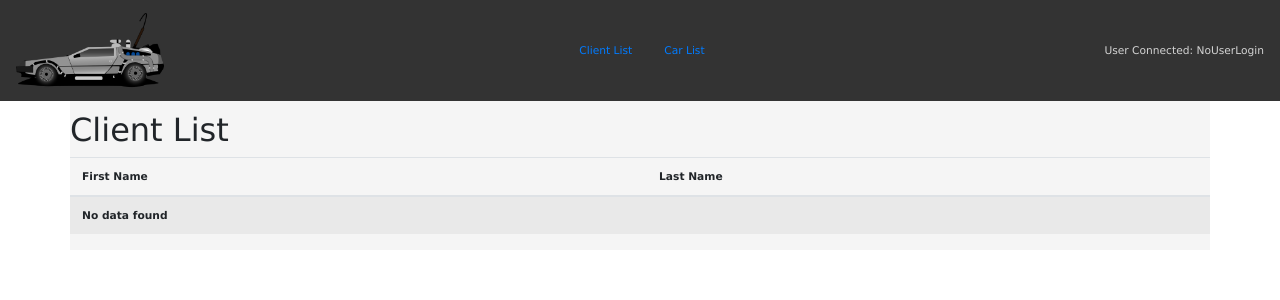
Repository: iamarnaud/tp_java_jee_CarRental
Page: http://localhost/VehicleRental/pages/clients.jsp
The author's editor kept a copy of each file at every save. The page is drawn from the files as they stood at one save, then again after the next save.
The browser window is 1280 px wide. The pictures show the whole page.
The page is served by Tomcat 9. Other server files are loaded and not shown. Queries for data that is not in the repository find no rows.

Above is the page before, as saved 2018-08-28 14:20:58.

### VehicleRental/WebContent/pages/clients.jsp
<%@ page language="java" contentType="text/html; charset=ISO-8859-1"
	pageEncoding="UTF-8"%>

<jsp:useBean id="client" scope="session"
	class="com.campusnumerique.vehiclerental.bean.ClientBean" />
<!DOCTYPE html PUBLIC "-//W3C//DTD HTML 4.01 Transitional//EN" "http://www.w3.org/TR/html4/loose.dtd">
<html>
<head>
	<meta http-equiv="Content-Type" content="text/html; charset=ISO-8859-1">
  	<meta name="viewport" content="width=device-width, initial-scale=1">
	<title>Client List</title>

	<!-- JQuery 3.3.1 -->
	<script src="https://code.jquery.com/jquery-3.3.1.min.js"></script>

	<!-- Bootstrap 4.1.3 -->
	<link rel="stylesheet" href="https://stackpath.bootstrapcdn.com/bootstrap/4.1.3/css/bootstrap.min.css">
	<script src="https://cdnjs.cloudflare.com/ajax/libs/popper.js/1.14.3/umd/popper.min.js"></script>
	<script src="https://stackpath.bootstrapcdn.com/bootstrap/4.1.3/js/bootstrap.min.js"></script>

	<!-- General -->
	<link rel="stylesheet" href="../resources/css/global.css" />
	<script src="../resources/js/client.js"></script>
</head>
<body>
	<nav class="navbar navbar-light " id="header">
	 <a class="navbar-brand" href="#">
		<img  src="../resources/images/delorean.png"/>
	 </a>
	  <ul class="nav nav-pills">
	    <li class="nav-item">
	      <a class="nav-link" href="./clients.jsp">Client List</a>
	    </li>
	    <li class="nav-item">
	      <a class="nav-link" href="./cars.jsp">Car List</a>
	    </li>
	   </ul>
		<ul class="nav navbar-nav navbar-right">
			<li>User Connected: <%= client.getLogin() %></li>
		</ul>
	</nav>
	<div class="container" id="content">
		<div class="row">
			<h2>Client List</h2>
			<table id="userTable" class="table table-striped">
				<thead>
					<tr>
						<th>First Name</th>
						<th>Last Name</th>
					</tr>
				</thead>
				<tbody>

				</tbody>
			</table>
		</div>
	</div>
</body>
</html>

### VehicleRental/src/com/campusnumerique/vehiclerental/bean/ClientBean.java
package com.campusnumerique.vehiclerental.bean;

public class ClientBean {

	private String login;
	private String mail;


	public ClientBean(){
		setLogin("NoUserLogin");
		setMail("");
	}


	public ClientBean(String aLogin, String mail){
		setLogin(aLogin);
		setMail(mail);
	}

	public String getLogin() {
		return login;
	}

	public void setLogin(String login) {
		this.login = login;
	}

	public String getMail() {
		return mail;
	}

	public void setMail(String mail) {
		this.mail = mail;
	}


}

### VehicleRental/WebContent/resources/css/global.css
#header{
	background-color:#333333;
	color:lightgrey;
	text-align:center
}
#header img{
	height:75px;
}
#content{
	background-color:#f5f5f5;
	padding-top:10px;
}


/* Général ------------------------------------------------------------------------------------- */

body, p, legend, label, input {
    font: normal 8pt verdana, helvetica, sans-serif;
}

fieldset {
    padding: 10px;
    border: 1px #0568CD solid;
}

legend {
    font-weight: bold;
    color: #0568CD;
}

/* Forms --------------------------------------------------------------------------------------- */

form label {
    float: left;
    width: 200px;
    margin: 3px 0px 0px 0px;
}

form input {
    margin: 3px 3px 0px 0px;
    border: 1px #999 solid;
}

form input.sansLabel {
    margin-left: 200px;
}

form .requis {
    color: #c00;
}

### VehicleRental/src/com/campusnumerique/vehiclerental/servlet/client/ClientServlet.java
package com.campusnumerique.vehiclerental.servlet.client;

import java.io.IOException;
import java.io.PrintWriter;
import java.sql.SQLException;
import javax.servlet.ServletException;
import javax.servlet.annotation.WebServlet;
import javax.servlet.http.HttpServlet;
import javax.servlet.http.HttpServletRequest;
import javax.servlet.http.HttpServletResponse;

import org.json.JSONArray;
import org.json.JSONObject;

import com.campusnumerique.vehiclerental.dao.ClientDAO;

/**
 * Servlet implementation class MyServlet
 */
@WebServlet("/ClientServlet")
public class ClientServlet extends HttpServlet {
	private static final long serialVersionUID = 1L;
    private ClientDAO clientDAO=null;
    /**
     * @throws ClassNotFoundException
     * @see HttpServlet#HttpServlet()
     */
    public ClientServlet() throws ClassNotFoundException {
        super();
        clientDAO= new ClientDAO();
    }

	/**
	 * @see HttpServlet#doGet(HttpServletRequest request, HttpServletResponse response)
	 */
	protected void doGet(HttpServletRequest request, HttpServletResponse response) throws ServletException, IOException {
		String wAction = "";
		JSONObject responseData = new JSONObject();
	    PrintWriter out = response.getWriter();
		response.setContentType("application/json");
		if(request.getParameter("action")!=null && !request.getParameter("action").equals("")){
			wAction=request.getParameter("action");
			if(wAction.equals("getClients")){

					JSONArray clients = clientDAO.findAllAsJson();
					responseData.put("clients", clients);
					response.setStatus(HttpServletResponse.SC_OK);

			}
			out.println(responseData.toString());
		}
		else{
			response.setStatus(HttpServletResponse.SC_NOT_ACCEPTABLE);
			out.println("No action given");
		}
	}

	/**
	 * @see HttpServlet#doPost(HttpServletRequest request, HttpServletResponse response)
	 */
	protected void doPost(HttpServletRequest request, HttpServletResponse response) throws ServletException, IOException {
		// TODO Auto-generated method stub
		doGet(request, response);
	}

}

Loaded but not shown: VehicleRental/src/org/json/JSONException.java (common file); VehicleRental/src/org/json/JSONPointerException.java (common file); VehicleRental/src/org/json/JSONString.java (common file); VehicleRental/WebContent/resources/js/client.js (42 lines, source omitted); VehicleRental/src/org/json/JSONObject.java (2563 lines, source omitted); VehicleRental/src/org/json/JSONArray.java (1541 lines, source omitted)

After the next save:
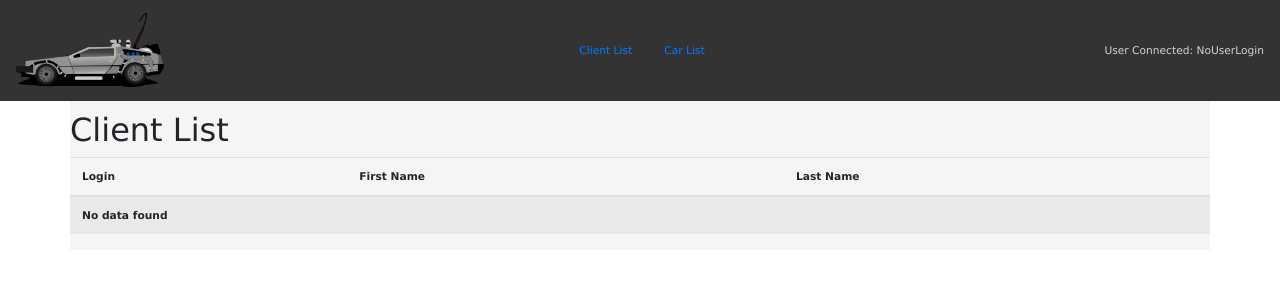
Saved 22 s later.
--- a/VehicleRental/WebContent/pages/clients.jsp
+++ b/VehicleRental/WebContent/pages/clients.jsp
@@ -45,6 +45,7 @@
 			<table id="userTable" class="table table-striped">
 				<thead>
 					<tr>
+						<th>Login</th>
 						<th>First Name</th>
 						<th>Last Name</th>
 					</tr>
